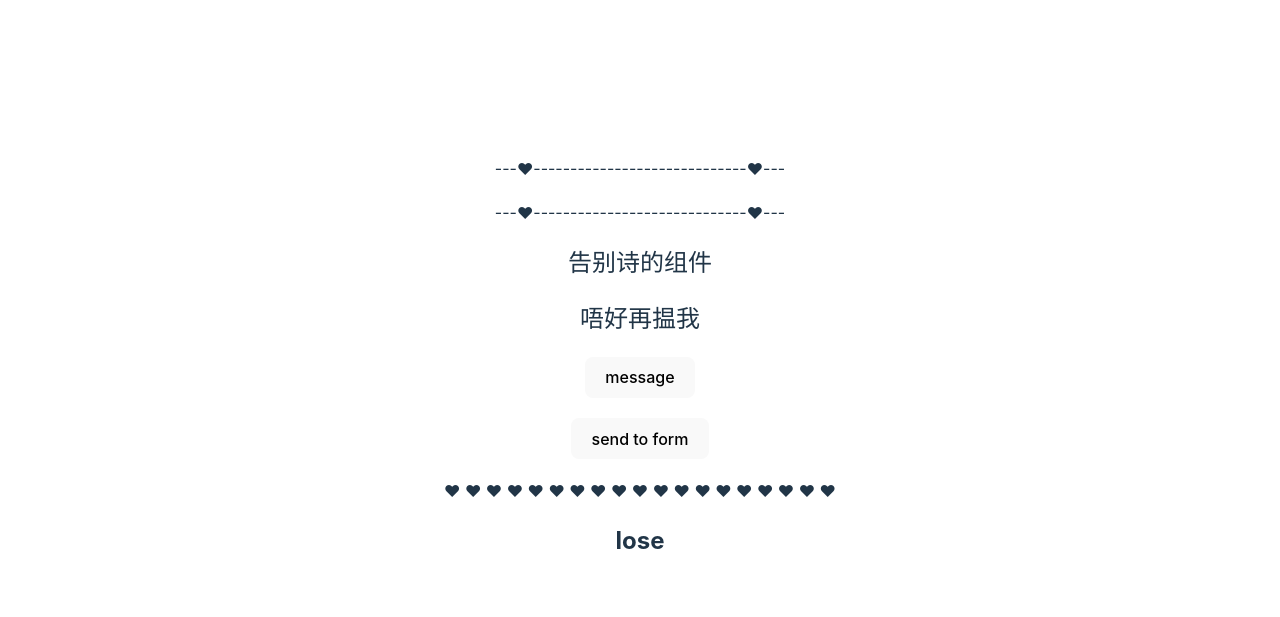
Repository: HyunraDate/NodaEmi
Page: /
These files come from the project's save history. The page is drawn as it stood at one moment and after the next save; the edit follows.
The browser window is 1280 px wide. The pictures show the whole page.
The project was rebuilt for these pictures with package versions that can differ from the ones it lists, and the page was loaded fresh each time. Also part of the build but not shown: vite.config.js, src/components/HelloWorld.vue.

Above is the page before, as saved 2023-08-22 14:09:54.

After the next save:
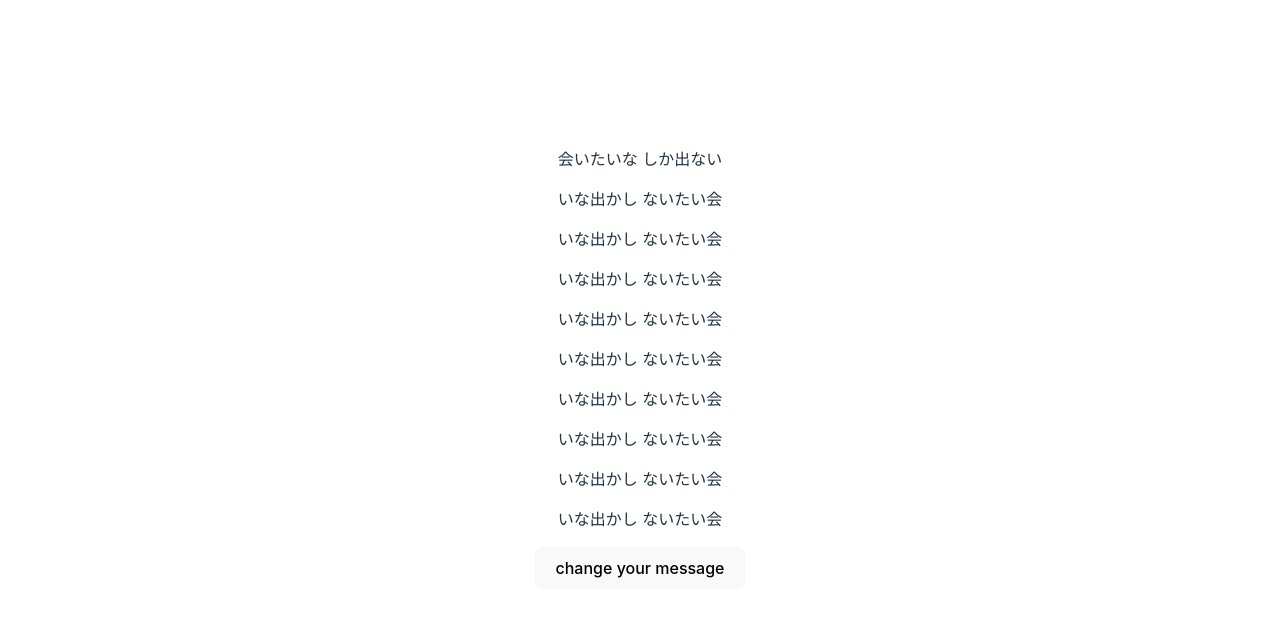
Saved 20 s later.
--- a/src/main.js
+++ b/src/main.js
@@ -1,5 +1,5 @@
 import { createApp } from 'vue'
 import './style.css'
-import App from './form.vue'
+import App from './message.vue'
 
 createApp(App).mount('#app')
